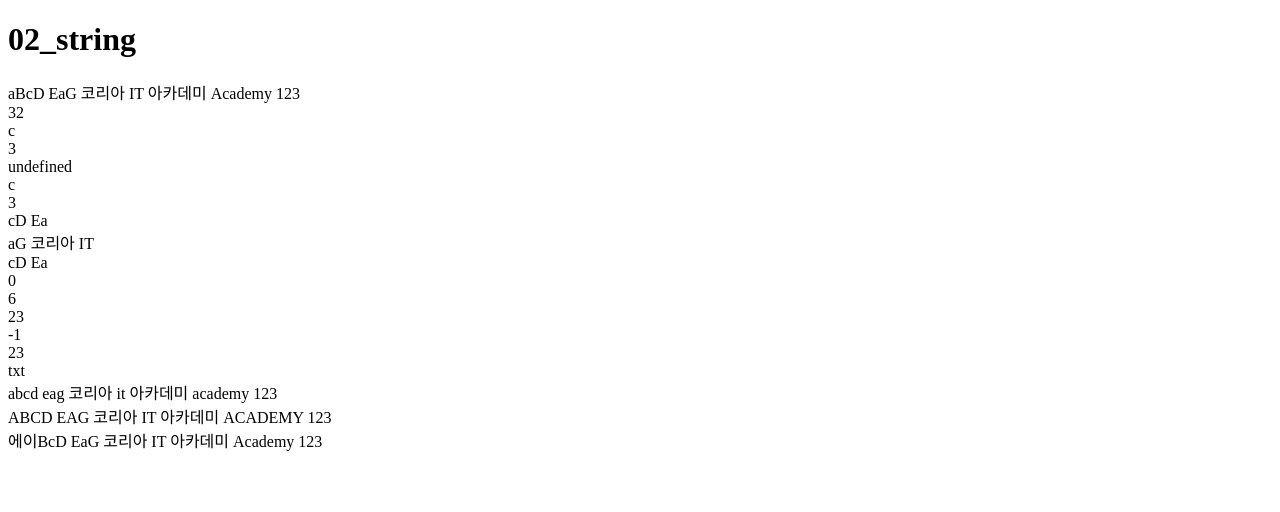
Repository: psun2/Korea-IT-Academy
Page: (back up) _ 오전/study_a/web_work/scriptProj/WebContent/func/02_string.html
These files come from the project's save history. The page is drawn as it stood at one moment and after the next save; the edit follows.
The browser window is 1280 px wide. The pictures show the whole page.

Above is the page before, as saved 2020-08-04 02:42:54.
Console error: TypeError: pname.join is not a function

### (back up) _ 오전/study_a/web_work/scriptProj/WebContent/func/02_string.html
<!DOCTYPE html>
<html>
<head>
<meta charset="UTF-8">
<title>02_string</title>
</head>
<body>
<h1>02_string</h1>
<script>
	var tt = "aBcD EaG 코리아 IT 아카데미 Academy 123"
	//        01234567890 1234567 89012345678901
	document.write(tt+"<br>")
	document.write(tt.length+"<br>")
	document.write(tt[2]+"<br>")
	document.write(tt[31]+"<br>")
	document.write(tt[32]+"<br>")
	document.write(tt.charAt(2)+"<br>")
	document.write(tt.charAt(31)+"<br>")
	document.write(tt.substring(2,7)+"<br>")
	document.write(tt.substr(6,9)+"<br>")
	document.write(tt.slice(2,7)+"<br>")

	document.write(tt.indexOf("a")+"<br>")
	document.write(tt.indexOf("a",3)+"<br>")
	document.write(tt.indexOf("a",10)+"<br>")
	document.write(tt.indexOf("a",24)+"<br>")
	document.write(tt.lastIndexOf("a")+"<br>")

	var fileName = "aaa.bbbbb.cc.ddddd.ee.txt"

	var pos = fileName.lastIndexOf(".")
	var ext = fileName.substring(pos+1)
	document.write(ext+"<br>")

	var arr = fileName.split(".")
	console.log(arr)

	document.write(tt.toLowerCase()+"<br>")
	document.write(tt.toUpperCase()+"<br>")
	document.write(tt.replace("a","에이")+"<br>")
	//document.write(tt.replaceAll("a","에이")+"<br>")

	var pname = "이정민"
	document.write(pname.join("-")+"<br>")

</script>
</body>
</html>

After the next save:
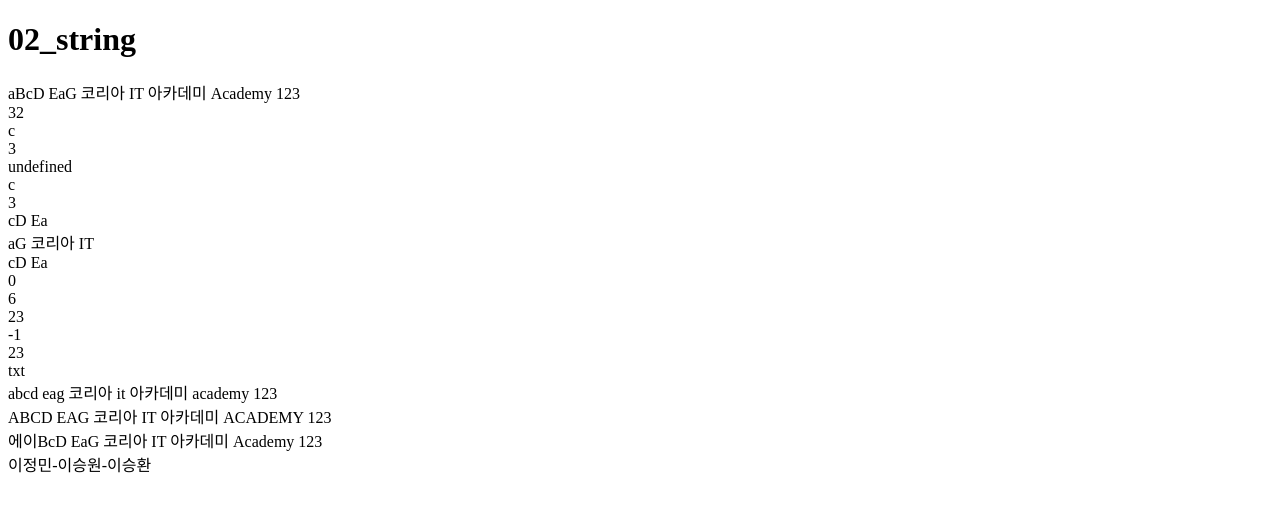
The error is gone.
Saved 36 s later.
--- a/(back up) _ 오전/study_a/web_work/scriptProj/WebContent/func/02_string.html
+++ b/(back up) _ 오전/study_a/web_work/scriptProj/WebContent/func/02_string.html
@@ -40,7 +40,7 @@
 	document.write(tt.replace("a","에이")+"<br>")
 	//document.write(tt.replaceAll("a","에이")+"<br>")
 
-	var pname = "이정민"
+	var pname = ["이정민","이승원","이승환"]
 	document.write(pname.join("-")+"<br>")
 
 </script>
